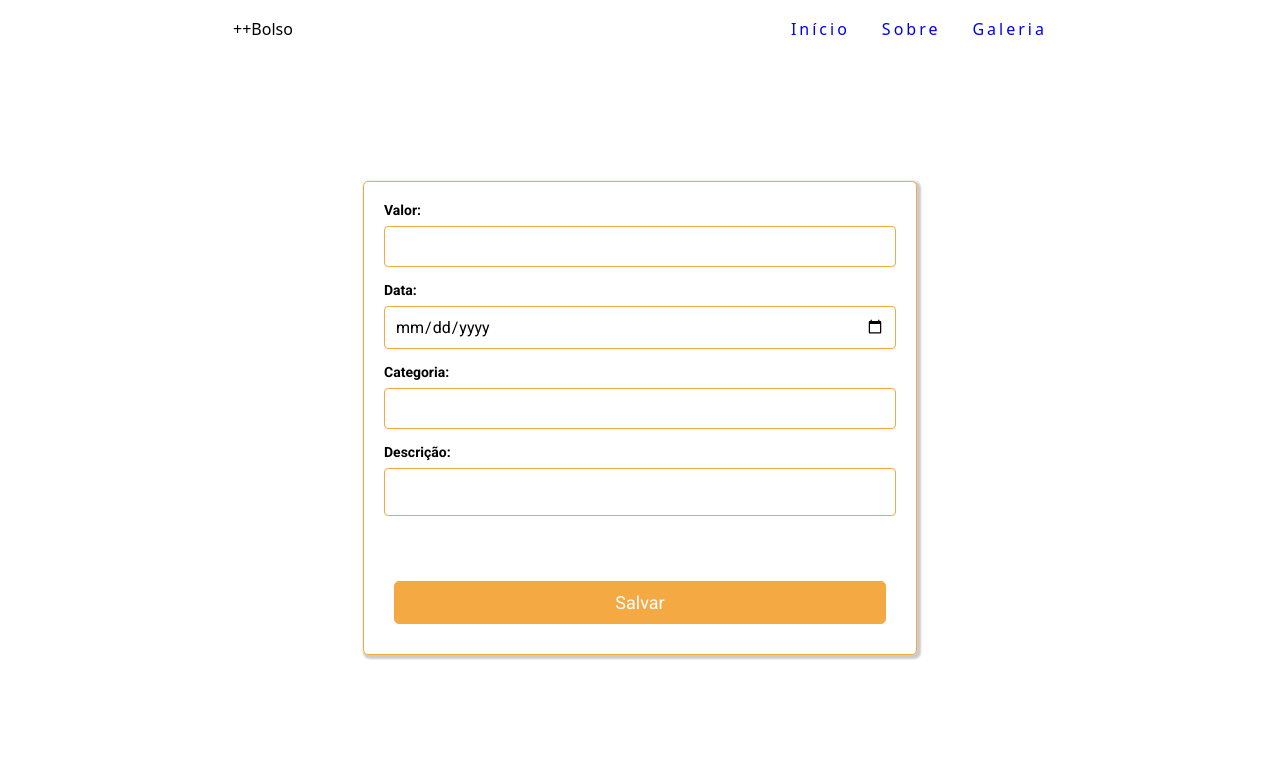
Repository: alexsanderkafka/java-servlets
Page: http://localhost/SaveMoney/cadastrarDespesa.jsp
These files come from the project's save history. The page is drawn as it stood at one moment and after the next save; the edit follows.
The browser window is 1280 px wide. The pictures show the whole page.
The page is served by Tomcat 9. Nobody is signed in. The application's start-up code is not run. Other server files are loaded and not shown.

Above is the page before, as saved 2024-10-03 13:10:35.

### SaveMoney/src/main/webapp/cadastrarDespesa.jsp
<%@ page language="java" contentType="text/html; charset=UTF-8"
    pageEncoding="UTF-8"%>
<!DOCTYPE html>
<html>
<head>
	<meta charset="UTF-8">
	<title>Insert title here</title>
	<link rel="stylesheet" href="styles/style.css">
</head>
<body>
	<header>
        <nav>
          <div class="logo">
          	<h1>++Bolso</h1>
          </div>
          <ul class="nav-list">
            <li><a href="###">Início</a></li>
            <li><a href="###">Sobre</a></li>
            <li><a href="###">Galeria</a></li>
          </ul>
        </nav>
    </header>

	<div class="container-initial">
        <div class="box-register">
        	<label>Valor: </label>
        	<input type="number">
        	<label>Data: </label>
        	<input type="date">
        	<label>Categoria: </label>
        	<input type="text">
        	<label>Descrição: </label>
        	<textarea rows="5" cols="2"></textarea>
        	<button class="primary-buttons">Salvar</button>
        </div>
    </div>

</body>
</html>

### SaveMoney/src/main/webapp/styles/style.css
@import url('https://fonts.googleapis.com/css2?family=Roboto:ital,wght@0,100;0,300;0,400;0,500;0,700;0,900;1,100;1,300;1,400;1,500;1,700;1,900&display=swap');

html, body, div, span, applet, object, iframe,
h1, h2, h3, h4, h5, h6, p, blockquote, pre,
a, abbr, acronym, address, big, cite, code,
del, dfn, em, img, ins, kbd, q, s, samp,
small, strike, strong, sub, sup, tt, var,
b, u, i, center,
dl, dt, dd, ol, ul, li,
fieldset, form, label, legend,
table, caption, tbody, tfoot, thead, tr, th, td,
article, aside, canvas, details, embed,
figure, figcaption, footer, header, hgroup,
menu, nav, output, ruby, section, summary,
time, mark, audio, video {
    margin: 0;
    padding: 0;
    border: 0;
    font-size: 100%;
    font: inherit;
    vertical-align: baseline;
}

header{
    background-color: white;
}

nav{
    display: flex;
    justify-content: space-around;
    align-items: center;
    font-family: system-ui, -apple-system, Helvetica, Arial, sans-serif;
    height: 8vh;
}

.nav-list{
    list-style: none;
    display: flex;
}

.nav-list li {
    letter-spacing: 3px;
    margin-left: 32px;
}

.nav-list li a{
    text-decoration: none;
}


/*CSS INDEX*/

html, body {
    height: 100%;
    margin: 0;
    padding: 0;
}

.container-initial {
    width: 100%;
    height: 100%;
    display: flex;
    flex-direction: column;
    justify-content: center;
    align-items: center;
}

.container-initial h1{
    font-size: 64px;
    font-family: "Roboto", system-ui;
    font-weight: 600;
    text-decoration: underline;
    text-decoration-color: #F4A942;
    margin-bottom: 25px;
}

.box-menu {
    width: 300px;
    height: 300px;
    background: white;
    border: 1px solid #F4A942;
    border-radius: 5px;
    display: flex;
    flex-direction: column;
    justify-content: center;
    box-shadow: 2px 2px 2px 2px rgba(0, 0, 0, 0.2);
}


.primary-buttons{
	margin: 10px;
	padding: 10px;
	border: 1px solid #F4A942;
	background: #F4A942;
	border-radius: 5px;
	color: white;
	font-weight: 400;
	font-family: "Roboto", system-ui;
	font-size: 18px;
	transition: background-color 0.5s ease;
}

.primary-buttons:hover{
	background-color: #f7b64e;
}

/*CSS PAGINA CADASTRO DE DESPESA*/
.container-initial {
    font-family: 'Roboto', sans-serif;
}

.box-register {
    width: 40%;
    height: 60%;
    background: white;
    border: 1px solid #F4A942;
    border-radius: 5px;
    padding: 20px;

    display: flex;
    flex-direction: column;
    /*
    justify-content: center;*/
    box-shadow: 2px 2px 2px 2px rgba(0, 0, 0, 0.2);
}

.container-initial label {
    display: block;
    margin-bottom: 8px;
    font-weight: bold;
    font-size: 14px;
    color: #000;
}

.container-initial input,
.container-initial textarea {
    width: 100%;
    padding: 10px;
    margin-bottom: 15px;
    border: 1px solid #F4A942;
    border-radius: 4px;
    box-sizing: border-box;
    font-family: 'Roboto', sans-serif;
    font-size: 16px;
}

.container-initial textarea {
    resize: none;
}

.box-register .primary-buttons{
	margin-top: 50px;
}

After the next save:
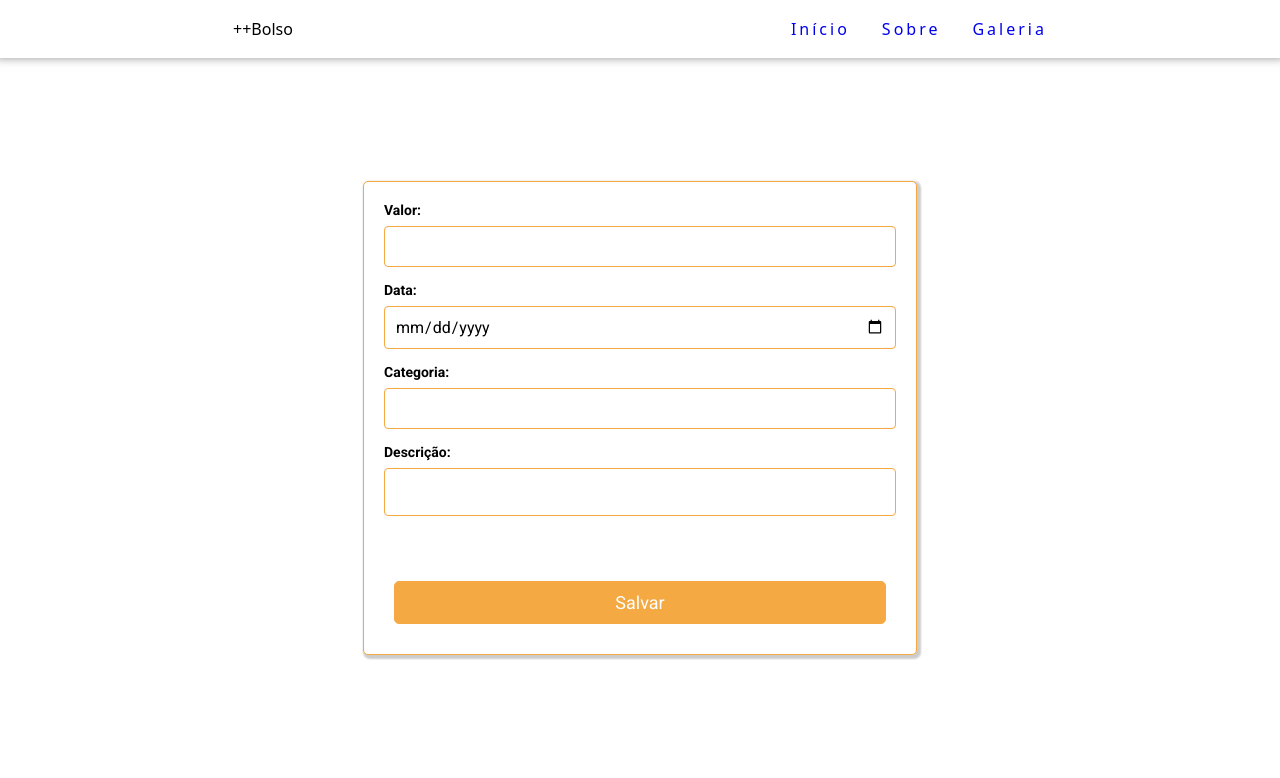
Saved 73 s later.
--- a/SaveMoney/src/main/webapp/styles/style.css
+++ b/SaveMoney/src/main/webapp/styles/style.css
@@ -23,6 +23,10 @@ time, mark, audio, video {
 
 header{
     background-color: white;
+    position: sticky;
+    z-index: 999;
+    top: -10px;
+    box-shadow: 0 -6px 10px 5px rgba(0,0,0,0.5);
 }
 
 nav{
